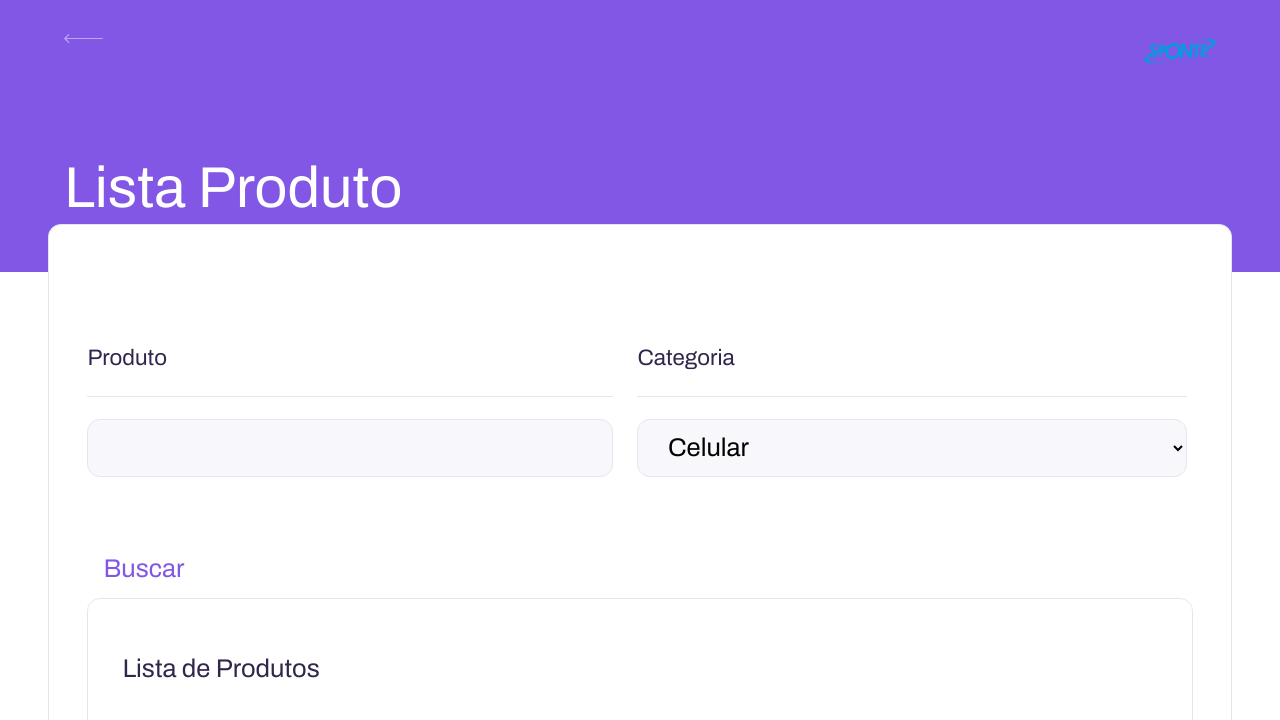
Repository: Henrique-Hoi-Dev/avalia-o-front-end
Page: /list (app in web/)
An editor plug-in stored every save of this project. The page is shown before and after the next save, followed by the edit.
The browser window is 1280 px wide. The pictures show the whole page.
An inner scrolling area shows only its first screen. The project was rebuilt for these pictures with package versions that can differ from the ones it lists, and the page was loaded fresh each time. Also part of the build but not shown: web/src/pages/Home/styles.js, web/src/pages/Home/index.js, web/src/services/api.js, web/src/pages/RegistrationProduct/styles.js, web/src/components/HeaderRecord/styles.js, web/src/components/HeaderRecord/index.js, web/src/pages/RegistrationProduct/Avatarinput/styles.js, web/src/pages/RegistrationProduct/Avatarinput/index.js and 1 more.

Above is the page before, as saved 2020-09-02 21:50:43.

### web/public/index.html
<!DOCTYPE html>
<html lang="en">
  <head>
    <meta charset="utf-8" />
    <link rel="icon" href="%PUBLIC_URL%/favicon.ico" />
    <meta name="viewport" content="width=device-width, initial-scale=1" />
    <meta name="theme-color" content="#000000" />
    <meta
      name="description"
      content="Web site created using create-react-app"
    />
    <link
      href="https://fonts.googleapis.com/css2?family=Archivo:ital,wght@0,400;1,700&family=Poppins&display=swap"
      rel="stylesheet"
    />

    <title>Controle de estoque</title>
  </head>
  <body>
    <noscript>You need to enable JavaScript to run this app.</noscript>
    <div id="root"></div>
  </body>
</html>

### web/src/App.js
import React from 'react';
import Routes from './routes';

import GlobalStyle from './styles/global';

function App() {
  return (
    <>
      <Routes />
      <GlobalStyle />
    </>
  );
}

export default App;

### web/src/routes.js
import React from 'react';
import { BrowserRouter, Route } from 'react-router-dom';

import Home from './pages/Home';
import ListProduct from './pages/ListProduct';
import RegistrationProduct from './pages/RegistrationProduct';

function Routes() {
  return (
    <BrowserRouter>
      <Route path="/" exact component={Home} />
      <Route path="/list" component={ListProduct} />
      <Route path="/record-product" component={RegistrationProduct} />
    </BrowserRouter>
  );
}

export default Routes;

### web/src/styles/global.js
import { createGlobalStyle } from 'styled-components';

export default createGlobalStyle`


  * {
    margin: 0;
    padding: 0;
    outline: 0;
    border: 0;
    box-sizing: border-box;
  }
  html, body, #root {
    height: 100%;
    overflow-x: hidden;
  }


  body {
    background: linear-gradient(-70deg #f0f0f7);
    -webkit-font-smoothing: antialiased !important;

  }

  body, input, button {

    font-size: 14px;
    font-family: 'Roboto', sans-serif;
  }

  button {
    cursor: pointer;
  }

  :root {

  --color-background: #f0f0f7;
  --color-primary-lighter: #9871f5;
  --color-primary-light: #916bea;
  --color-primary: #8257e5;
  --color-primary-dark: #774dd6;
  --color-primary-darker: #6842c2;
  --color-secundary: #04d361;
  --color-secundary-dark: #04bf58;
  --color-title-in-primary: #ffffff;
  --color-text-in-primary: #d4c2ff;
  --color-text-title: #32264d;
  --color-text-complement: #9c98a6;
  --color-text-base: #6a6180;
  --color-line-in-white: #e6e6f0;
  --color-input-background: #f8f8fc;
  --color-button-text: #ffffff;
  --color-box-base: #ffffff;
  --color-box-footer: #fafafc;
}
`;

### web/src/pages/ListProduct/index.js
import React from 'react';
import * as Yup from 'yup';

import Header from '../../components/HeaderList';
import { FcEmptyTrash } from 'react-icons/fc';
import { Formik, Field, Form } from 'formik';
import { Container } from './styles';

const schema = Yup.object().shape({
  product: Yup.string()
    .required('! Este compo é obrigatório.')
    .max(100, '! No máximo 100 caracteres'),
  categoria: Yup.string().required('! Este compo é obrigatório.'),
});

function ListProduct() {
  function onSubmit(values) {
    console.log(values);
  }
  return (
    <Container>
      <Header />
      <div className="header-main">
        <Formik
          onSubmit={onSubmit}
          validationSchema={schema}
          validateOnBlur
          initialValues={{
            product: '',
            categoria: 'celular',
          }}
          render={({ values, errors }) => (
            <Form className="form-input">
              <div id="header-busca" className="header-title">
                <div className="buscar">
                  <label htmlFor="product">Produto</label>
                  <Field name="product" type="text" />
                  <span>{errors.product}</span>
                </div>

                <div className="categoria">
                  <label htmlFor="categoria">Categoria</label>
                  <Field nome="categoria" component="select">
                    <option value="celular">Celular</option>
                    <option value="tvs">Tvs</option>
                    <option value="notbook">Notbook</option>
                    <option value="acessorios">Acessórios</option>
                  </Field>
                </div>
              </div>
              <button type="submit">Buscar</button>

              <table className="table-list">
                <thead className="table-title">
                  <td>Lista de Produtos</td>
                </thead>
                <tbody>
                  <tr>
                    <td>Produto</td>
                    <td>Descrição do produto</td>
                    <img src="https://github.com/Henrique-Hoi-Dev" />
                    <button>
                      <FcEmptyTrash />
                    </button>
                  </tr>
                  <tr>
                    <td>Produto 2</td>
                    <td>blaqweqwe qweqwe</td>
                  </tr>
                </tbody>
              </table>
            </Form>
          )}
        />
      </div>
    </Container>
  );
}

export default ListProduct;

### web/src/components/HeaderList/index.js
import React from 'react';
import { Link } from 'react-router-dom';

import { PageHeader } from './styles';
import backIcon from '../../assets/back.svg';
import logo from '../../assets/logo.png';

function HeaderList() {
  return (
    <PageHeader>
      <div className="header">
        <Link to="/">
          <img src={backIcon} alt="voltar" />
        </Link>
        <img src={logo} alt="voltar" />
      </div>

      <div className="header-content">
        <h2>Lista Produto</h2>
      </div>
    </PageHeader>
  );
}

export default HeaderList;

### web/src/pages/ListProduct/styles.js
import styled from 'styled-components';
import { darken } from 'polished';

export const Container = styled.div`
  width: 100vw;
  height: 100vh;

  .header-main {
    background: var(--color-box-base);
    width: 100%;
    max-width: 74rem;
    border: 0.1rem solid var(--color-line-in-white);
    border-radius: 0.8rem;
    margin: -3rem auto 3.2rem;
    padding-top: 6.4rem;
    overflow: hidden;
  }

  input,
  select {
    width: 100%;
    height: 3.6rem;
    border-radius: 0.8rem;
    background: var(--color-input-background);
    border: 1px solid var(--color-line-in-white);
    outline: 0;
    padding: 0 1.6rem;
    font: 1.6rem Archivo;
  }

  .form-input {
    border: 0;
    padding: 0 2.4rem;
    margin-top: 0.1rem;

    button {
      background: none;
      border: 0;
      margin: 1rem;
      color: var(--color-primary);
      font: 700 1.6rem Archivo;
      cursor: pointer;
      transition: color 0.2s;

      &:hover {
        color: ${darken(0.03, '#6842c2')};
      }
    }
  }
  .header-title span {
    color: #ff0000;
    align-self: flex-start;
    margin: 0 0 10px;
    font-weight: bold;
  }

  label {
    font: 700 1.4rem Archivo;
    color: var(--color-text-title);
    margin-bottom: 1.4rem;
    margin-top: 1rem;
    display: flex;
    align-items: center;
    justify-content: space-between;
    width: 100%;
    padding-bottom: 1.6rem;
    border-bottom: 1px solid var(--color-line-in-white);
  }
  main {
    margin: 3.2rem auto;
    width: 90%;
  }
  .table-list {
    width: 100%;
    background: var(--color-box-base);
    border: 1px solid var(--color-line-in-white);
    border-radius: 0.8rem;

    thead {
      font: 700 2.4rem Archivo;
      display: block;
      color: var(--color-text-title);
      margin-top: 1rem;
      padding: 2rem;
    }

    tbody {
      margin-left: 2.4rem;
    }

    img {
      width: 4rem;
      height: 4rem;
      border-radius: 50%;
    }

    td {
      font-size: 1.6rem;
      display: block;
      margin-top: 0.4rem;
    }
  }

  @media (min-width: 1100px) {
    #header-busca {
      max-width: 1100px;

      display: grid;
      grid-template-columns: 1fr 1fr;
      grid-template-rows: 210px;
      grid-template-areas: 'buscar categoria ';
    }

    .buscar {
      grid-area: buscar;
      margin-right: 1.5rem;
    }

    .categoria {
      grid-area: categoria;
    }
  }
`;

### web/src/components/HeaderList/styles.js
import styled from 'styled-components';

export const PageHeader = styled.div`
  display: flex;
  flex-direction: column;
  background-color: var(--color-primary);

  .header {
    width: 90%;
    margin: 0 auto;
    display: flex;
    justify-content: space-between;
    align-items: center;
    color: var(--color-text-in-primary);
    padding: 1.6rem 0;

    a {
      height: 3.2rem;
      transition: opacity 0.2s;

      :hover {
        opacity: 0.6;
      }
    }

    img {
      height: 1.6rem;
    }
  }

  .header-content {
    width: 90%;
    margin: 0 auto;
    position: relative;
    margin: 3.2rem auto;

    a {
      font: 700 3.6rem Archivo;
      line-height: 4.2rem;
      color: var(--color-title-in-primary);
    }

    h2 {
      font: 700 3.6rem Archivo;
      line-height: 4.2rem;
      color: var(--color-title-in-primary);
    }
  }
`;

Loaded but not shown: web/src/index.js (common file)

After the next save:
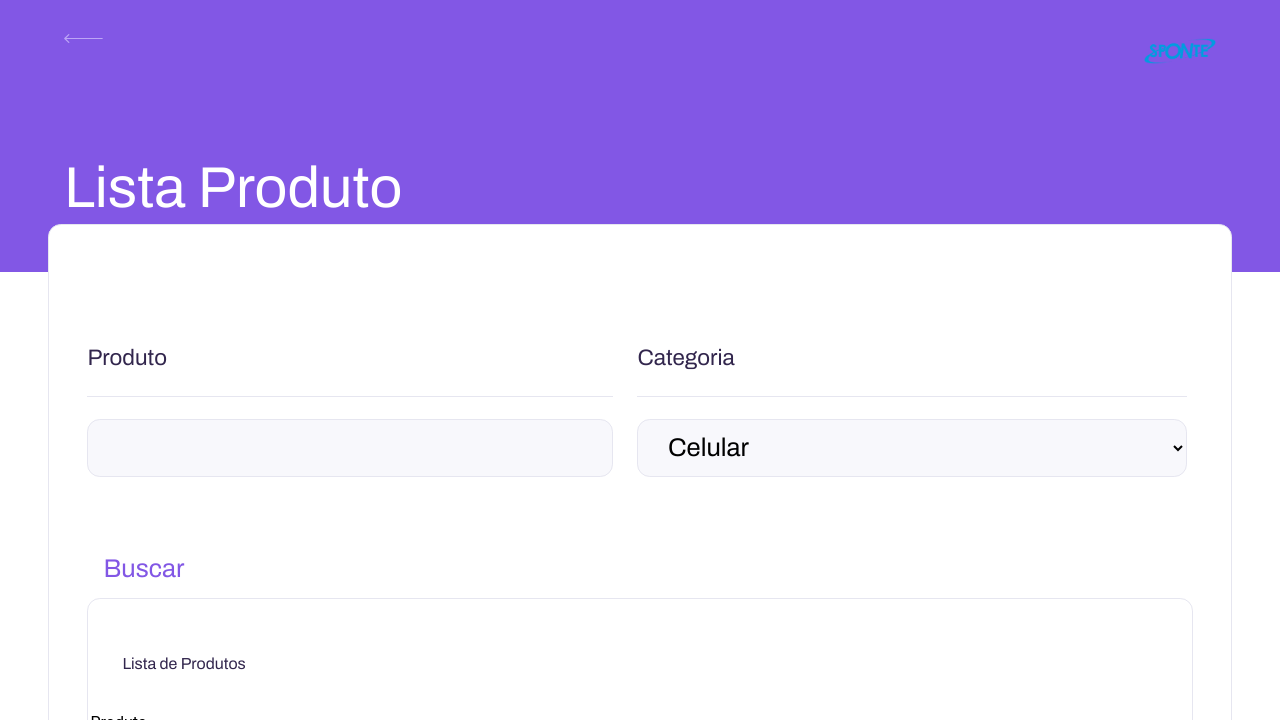
Saved 8 s later.
--- a/web/src/pages/ListProduct/styles.js
+++ b/web/src/pages/ListProduct/styles.js
@@ -95,7 +95,7 @@ export const Container = styled.div`
     }
 
     td {
-      font-size: 1.6rem;
+      font-size: 1rem;
       display: block;
       margin-top: 0.4rem;
     }
